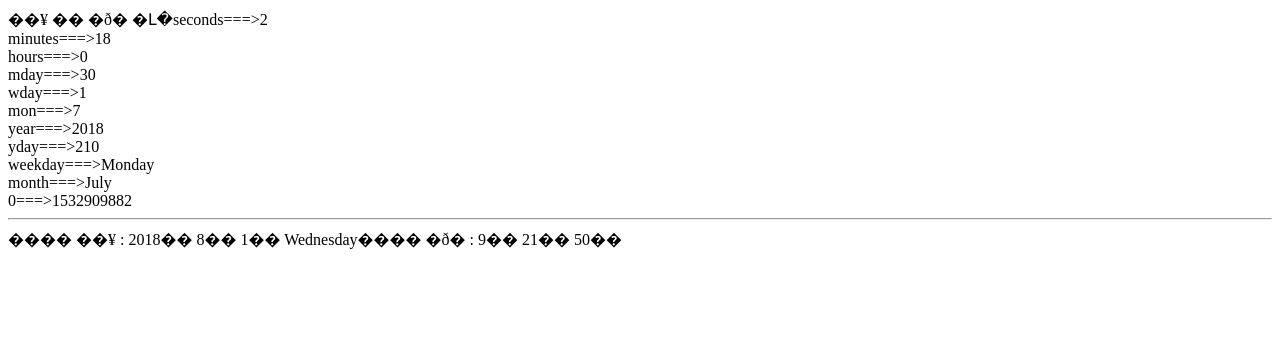
Repository: 2ujin/2018-PHP-afterschool
Page: http://localhost/CH08/01_getdate.php
An editor plug-in stored every save of this project. The page is shown before and after the next save, followed by the edit.
The browser window is 1280 px wide. The pictures show the whole page.
The page is run by PHP 8.4 with error messages shown; the project is at /var/www/html/.

Above is the page before, as saved 2018-08-01 00:23:07.

After the next save:
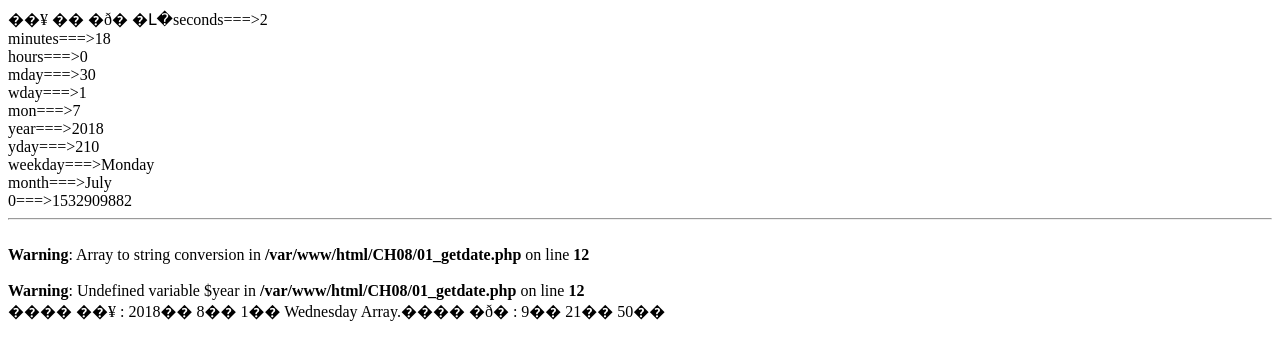
Saved 27 s later.
--- a/PHPStudy/CH08/01_getdate.php
+++ b/PHPStudy/CH08/01_getdate.php
@@ -9,7 +9,7 @@ foreach($today as $key=>$value)
 
     echo "<hr>";
 
-    echo "오늘 날짜 : 2018년 8월 1일 Wednesday";
+    echo "오늘 날짜 : 2018년 8월 1일 Wednesday $today.$year";
     echo "지금 시간 : 9시 21분 50초";
 
     ?>
